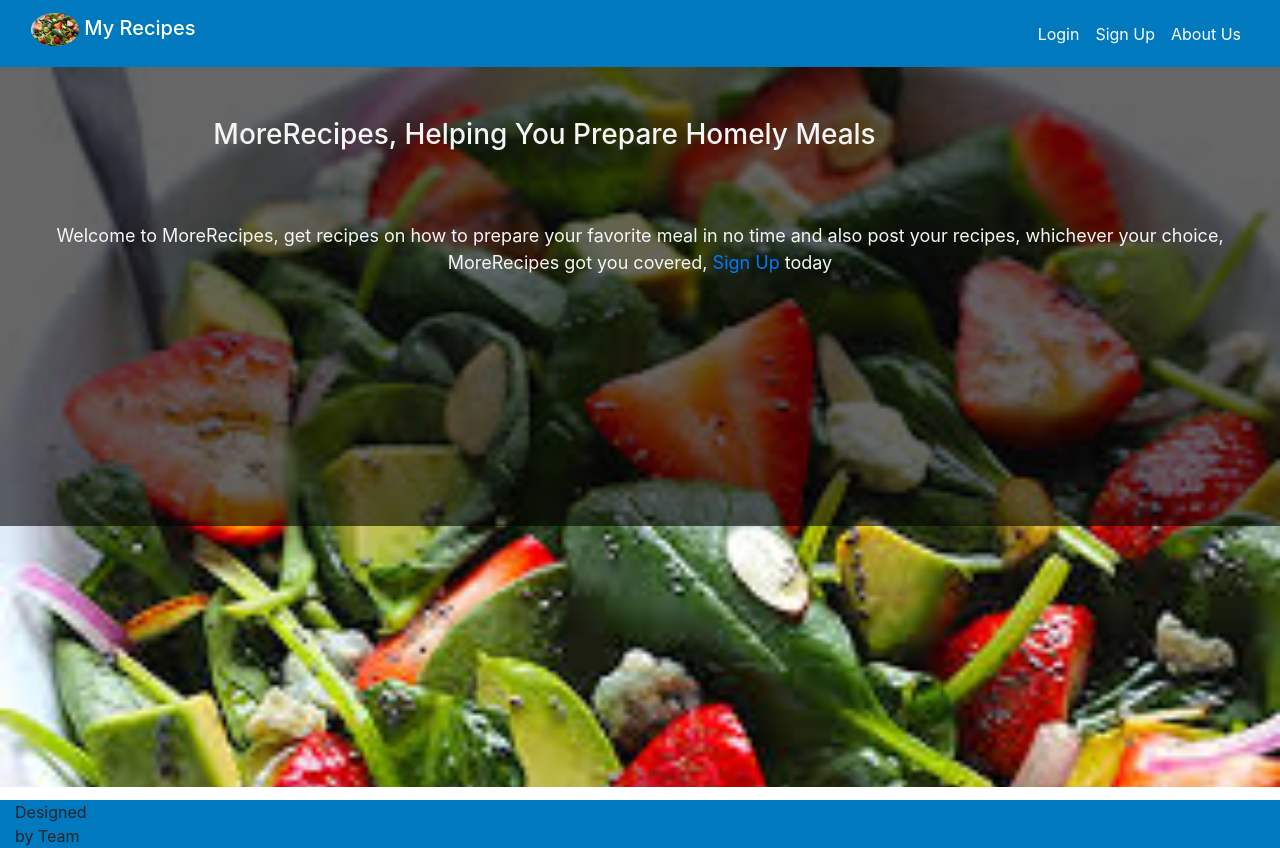
Repository: UggoPrince/more-recipes
Page: html/index.html
An editor plug-in stored every save of this project. The page is shown before and after the next save, followed by the edit.
The browser window is 1280 px wide. The pictures show the whole page.

Above is the page before, as saved 2018-07-30 07:14:30.

After the next save:
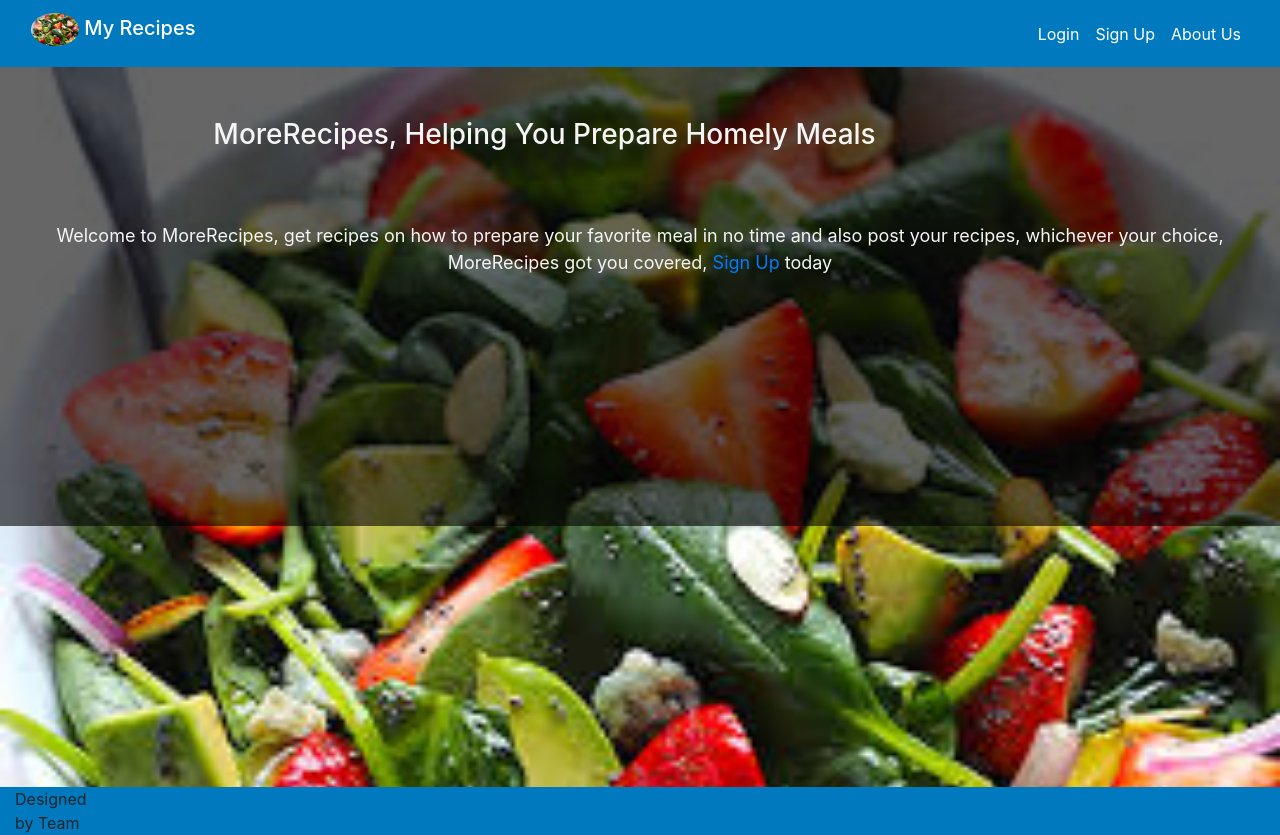
Saved 7 s later.
--- a/html/index.html
+++ b/html/index.html
@@ -66,7 +66,7 @@
       </center>
     </main>
   </div>
-  <footer class="container-fluid" style="background-color: #0079be; margin-top: 1%">
+  <footer class="container-fluid" style="background-color: #0079be;">
     <div class="row">
       <div class="col-1">Designed by Team</div>
     </div>
